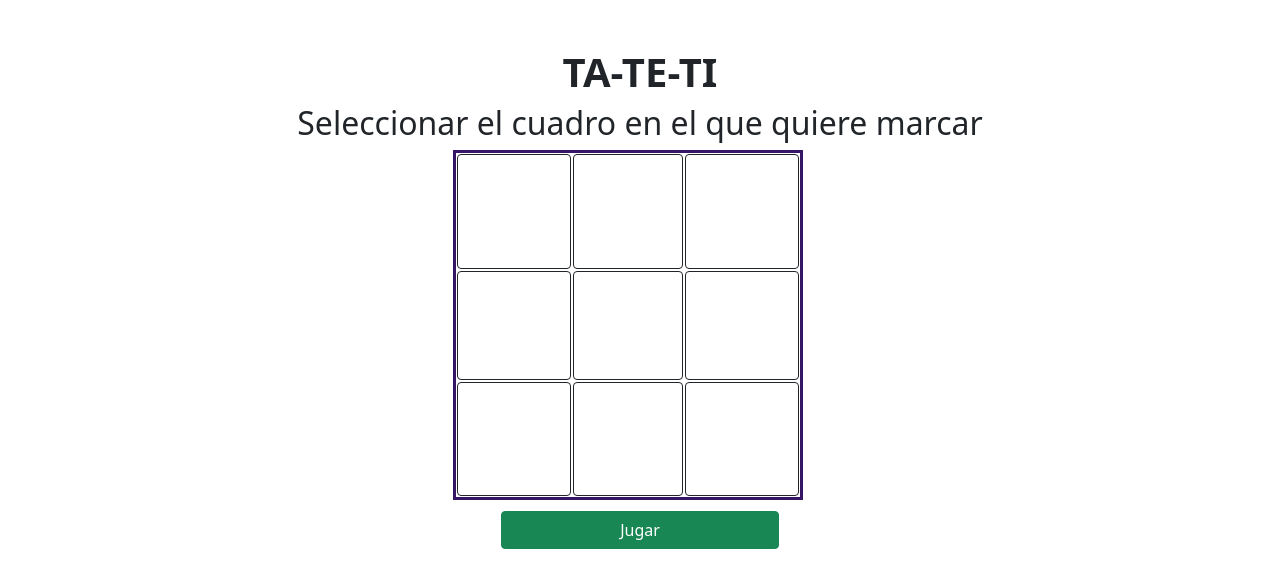
Repository: Lean97-start/TATETI
Page: Tateti.html
The author's editor kept a copy of each file at every save. The page is drawn from the files as they stood at one save, then again after the next save.
The browser window is 1280 px wide. The pictures show the whole page.

Above is the page before, as saved 2021-07-11 23:25:39.
Console error: SyntaxError: Unexpected token ')'

After the next save:
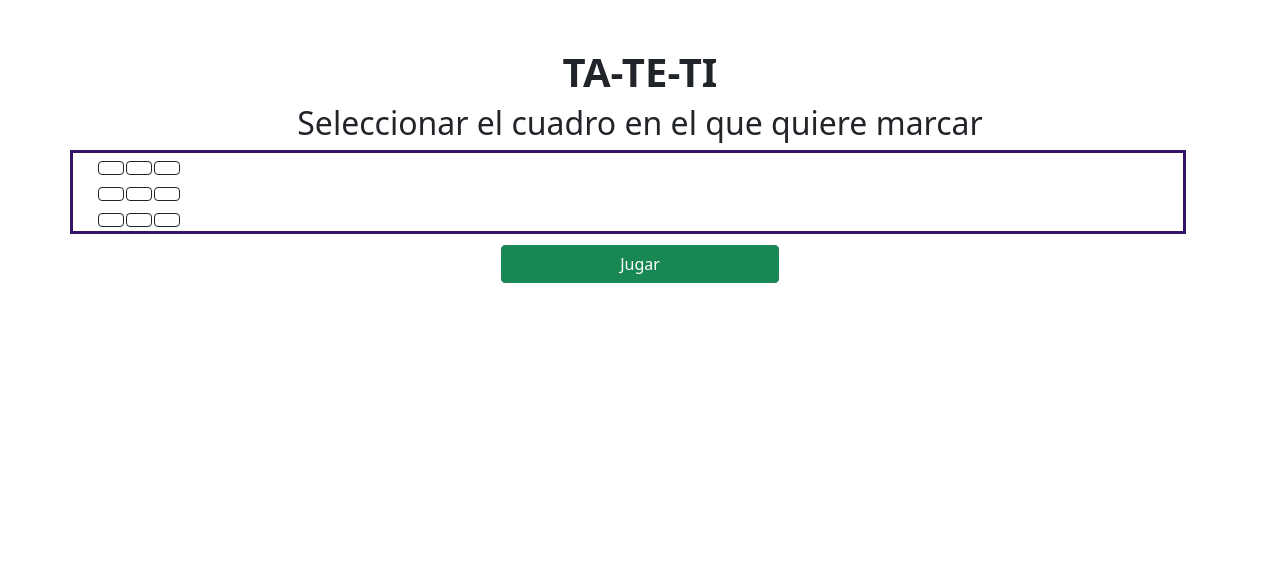
Saved 15 s later.
--- a/Tateti.html
+++ b/Tateti.html
@@ -14,7 +14,7 @@
         <H2 class="fw-normal text-center">Seleccionar el cuadro en el que quiere marcar</H2>
 
             <div class="row w-100 h-100 bg-white text-center">
-                <table class="border-3 text-center" id="cuadro">
+                <table class="border-3 text-center row w-100 h-100 bg-white" id="cuadro">
                     <tr>
                         <td><button class="btn border-dark w-100 h-100" id="11"></button></td>
                         <td><button class="btn border-dark w-100 h-100" id="21"></button></td>
